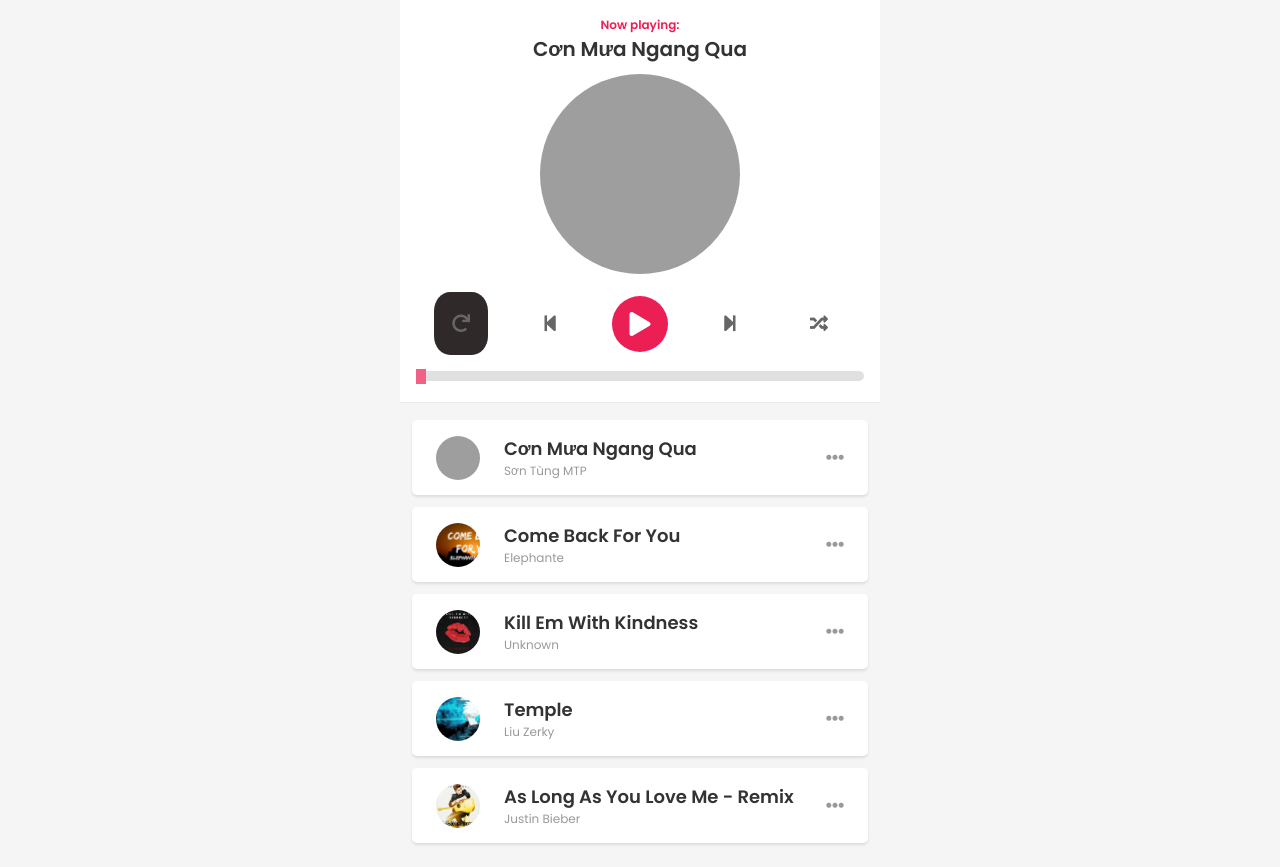
Repository: vandat598/musicPlayer
Page: index.html
The author's editor kept a copy of each file at every save. The page is drawn from the files as they stood at one save, then again after the next save.
The browser window is 1280 px wide. The pictures show the whole page.
The pointer rests on the first visible `.control .btn`.
Pictures or frames that could not be fetched are drawn as grey boxes.

Above is the page before, as saved 2022-04-27 20:25:36.

After the next save:
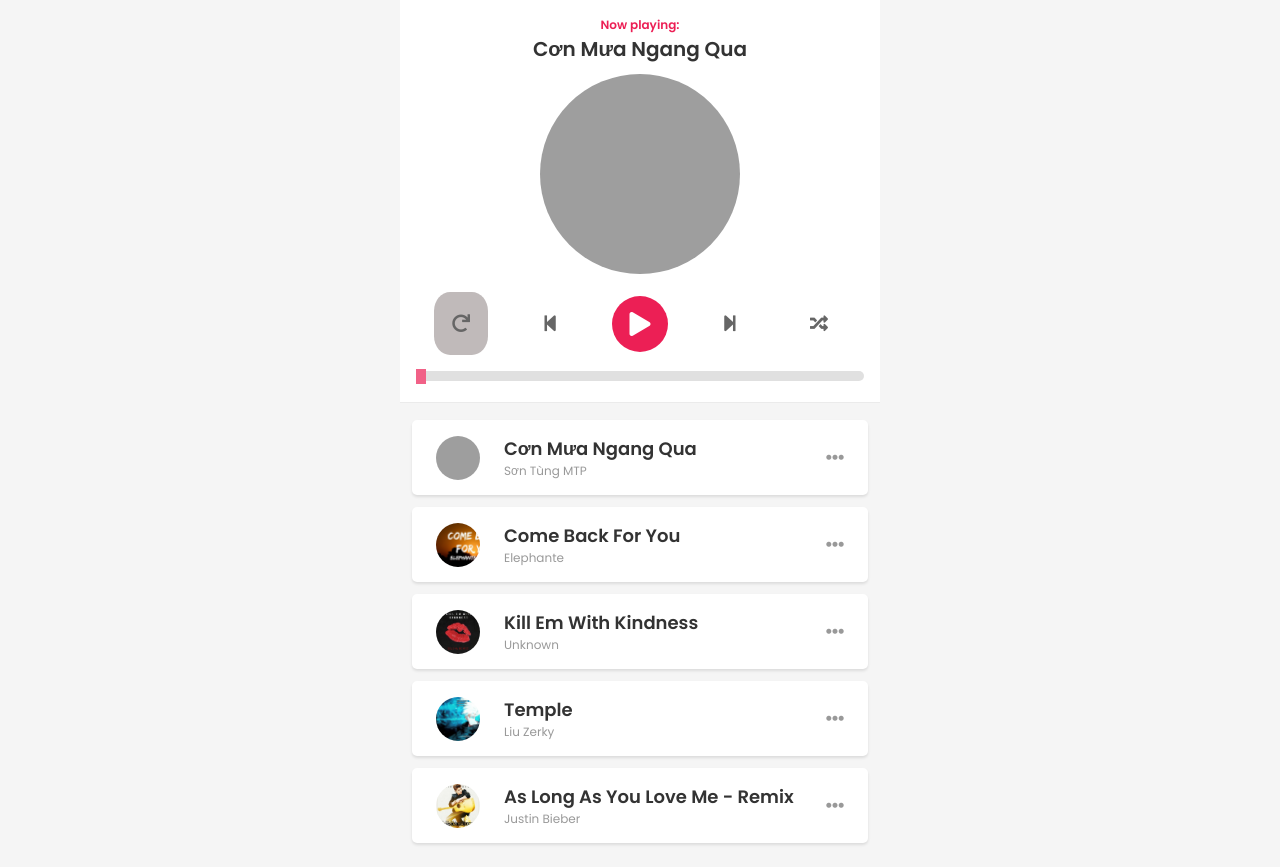
Saved 8 s later.
--- a/assets/css/style.css
+++ b/assets/css/style.css
@@ -93,7 +93,7 @@ header h2 {
   cursor: pointer;
 }
 .control .btn:hover {
-  background-color: rgb(48, 41, 41);
+  background-color: rgb(192, 186, 186);
   border-radius: 30%;
 }
 
